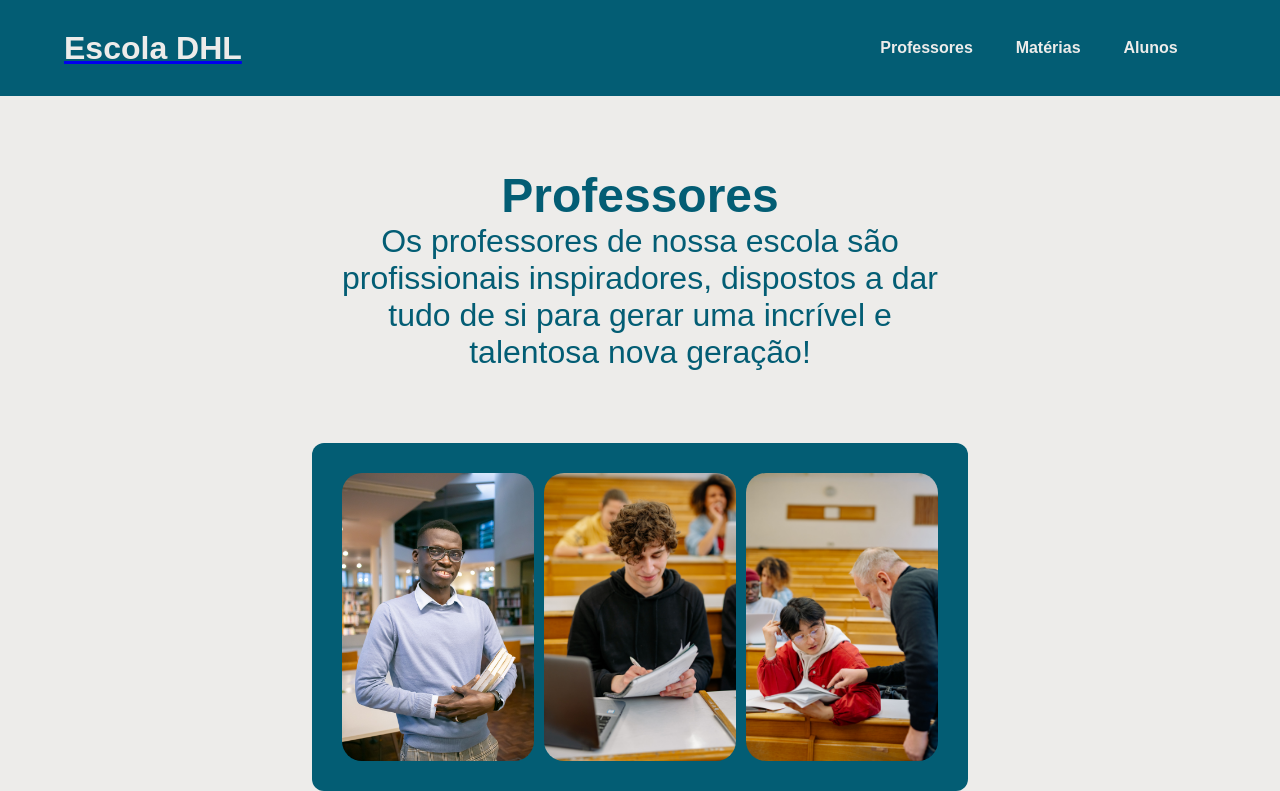
Repository: SirHick/sa-sistema-escola-DHL
Page: front/professores.html
The author's editor kept a copy of each file at every save. The page is drawn from the files as they stood at one save, then again after the next save.
The browser window is 1280 px wide. The pictures show the whole page.

Above is the page before, as saved 2026-07-17 16:19:21.

After the next save:
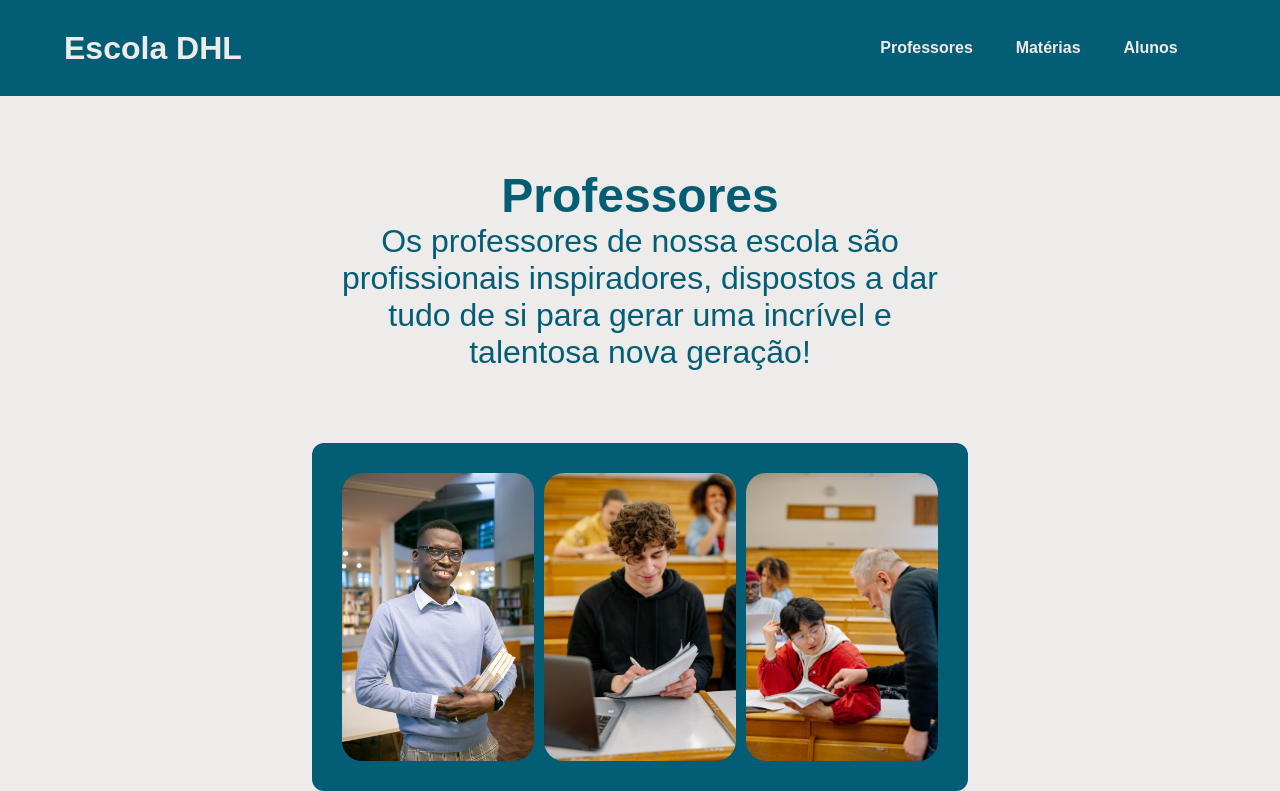
Saved 5 s later.
--- a/front/style.css
+++ b/front/style.css
@@ -31,7 +31,7 @@ header{
     padding-right: 5vw;
 }
 
-header a h1{
+header a {
     color: #EDECEA;
     text-decoration: none;
     font-style: none;
